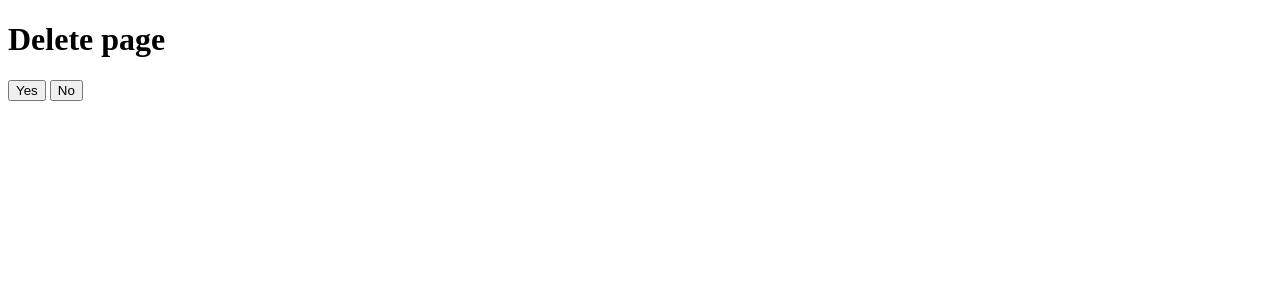
Repository: deepak-misal/servlet
Page: http://localhost/student-mvc-app/delete.jsp
The author's editor kept a copy of each file at every save. The page is drawn from the files as they stood at one save, then again after the next save.
The browser window is 1280 px wide. The pictures show the whole page.
The page is served by Tomcat 9.

Above is the page before, as saved 2021-07-27 05:47:37.

After the next save:
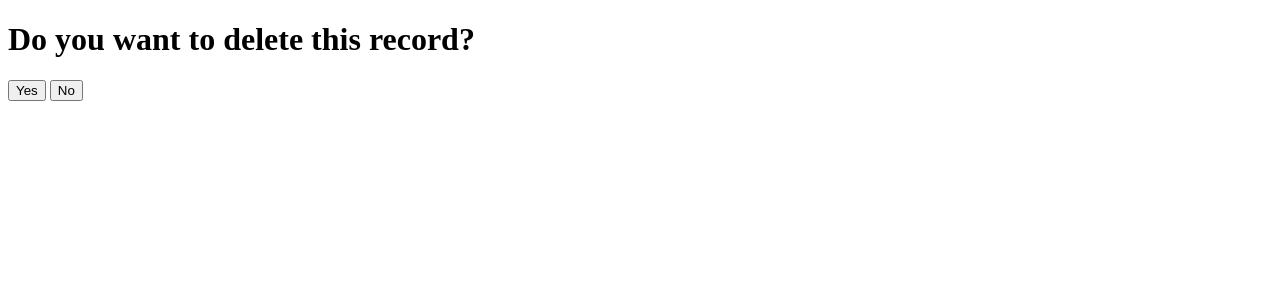
Saved 4 min 23 s later.
--- a/student-mvc-app/WebContent/delete.jsp
+++ b/student-mvc-app/WebContent/delete.jsp
@@ -7,11 +7,11 @@
 <title>Delete page</title>
 </head>
 <body>
-<h1>Delete page</h1>
-<form method="POST">
-<button type="submit" name="yes">Yes</button>
-<button type="submit" name="no">No</button>
+<h1>Do you want to delete this record?</h1>
+	<form method="POST">
+		<button type="submit" name="yes">Yes</button>
+		<button type="submit" name="no">No</button>
 
-</form>
+	</form>
 </body>
 </html>
